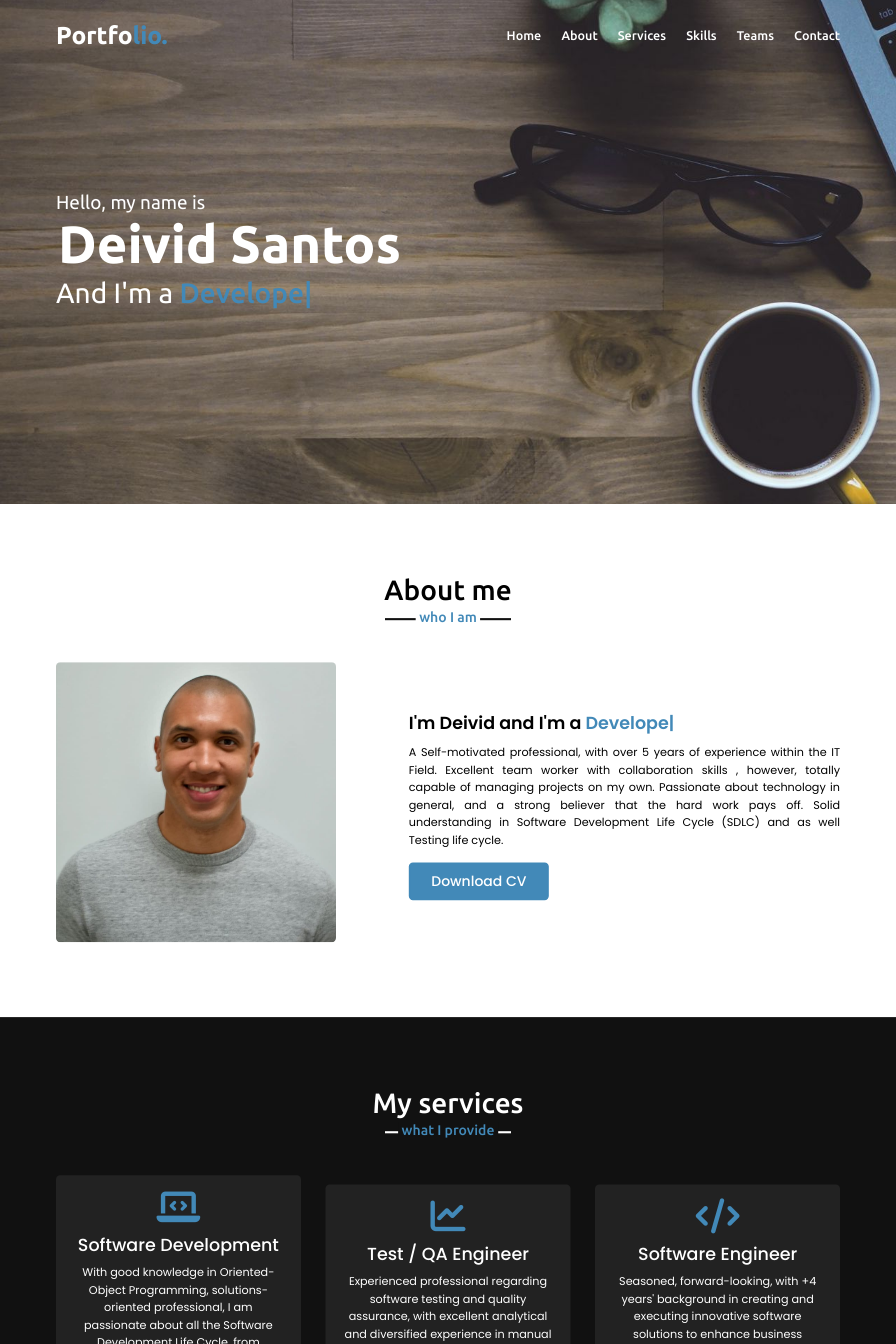
Repository: deividwsantoss/portfolio
Page: index.html
An editor plug-in stored every save of this project. The page is shown before and after the next save, followed by the edit.
The browser window is 1280 px wide. The pictures show the part of the page from y = 0 to 1920 px (the page is 4170 px tall), at 70% of full size.
Some web libraries are served in a nearby version.

Above is the page before, as saved 2021-03-04 22:59:43.

After the next save:
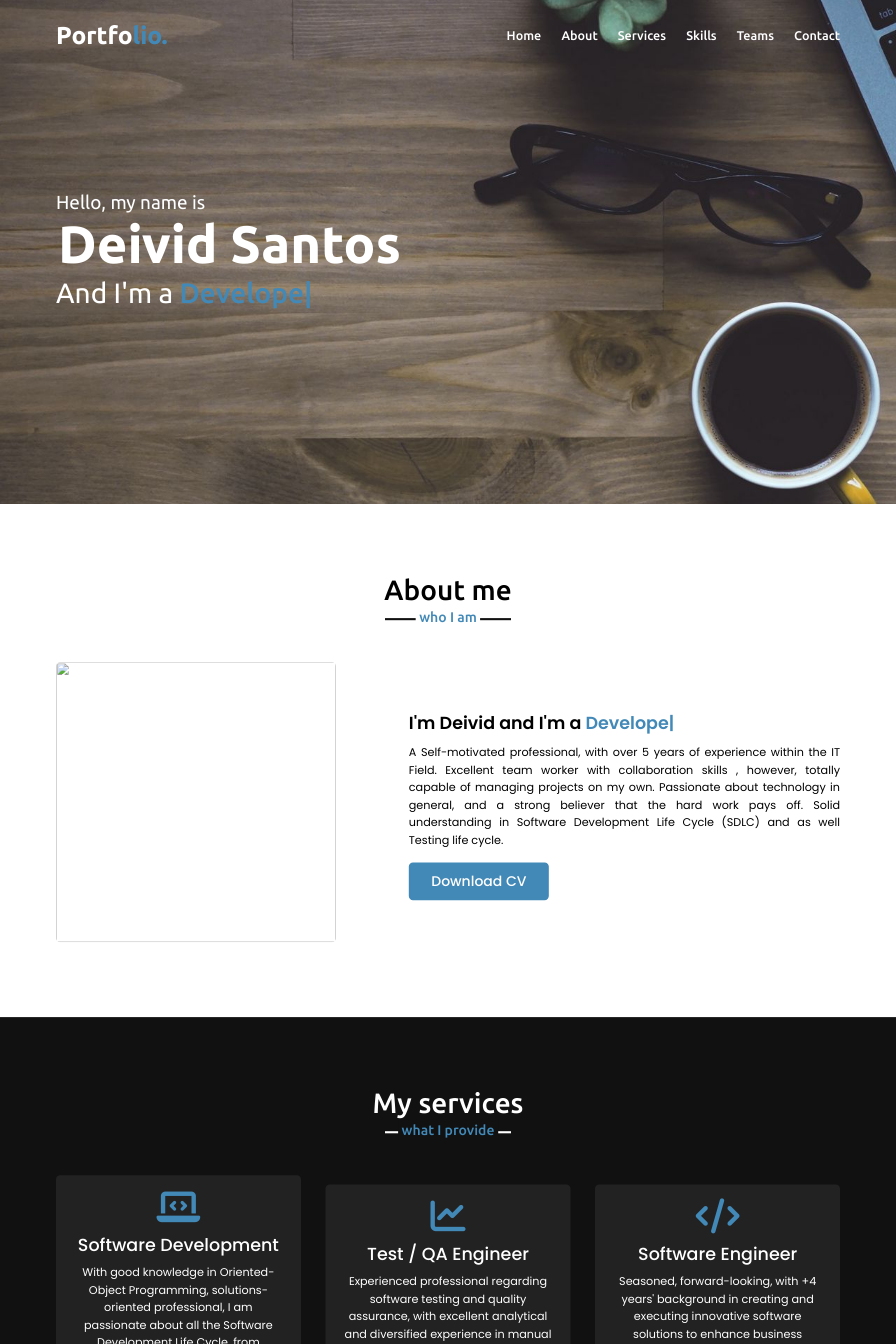
Saved 85 s later.
--- a/index.html
+++ b/index.html
@@ -46,7 +46,7 @@
         <h2 class="title">About me</h2>
         <div class="about-content">
             <div class="column left">
-                <img src="profile-2.jpeg" alt="">
+                <img src="" alt="">
             </div>
             <div class="column right">
                 <div class="text">I'm Deivid and I'm a <span class="typing-2"></span></div>

After the save that followed:
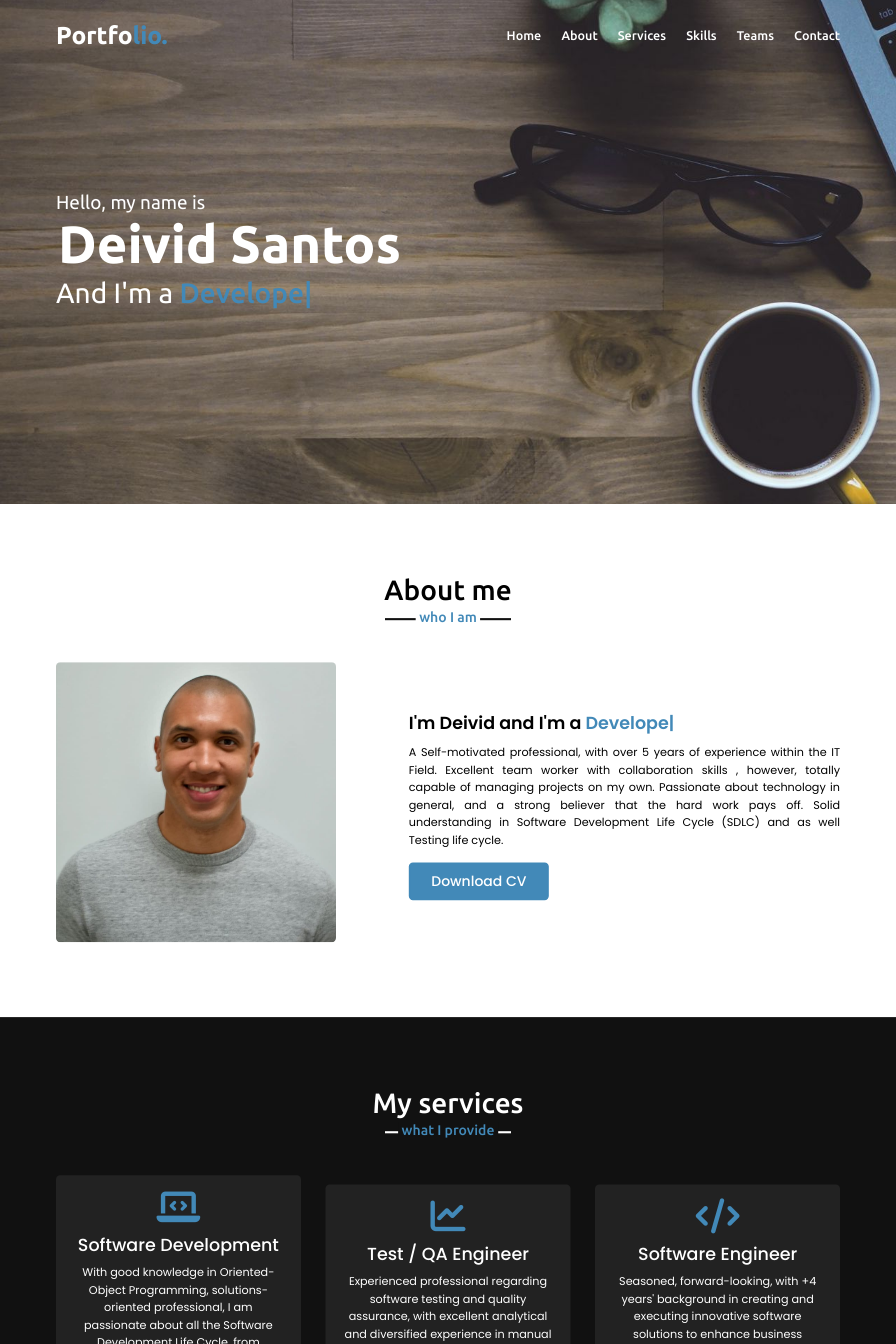
Saved 55 s later.
--- a/index.html
+++ b/index.html
@@ -46,7 +46,7 @@
         <h2 class="title">About me</h2>
         <div class="about-content">
             <div class="column left">
-                <img src="" alt="">
+                <img src="images/profile-2.jpeg" alt="">
             </div>
             <div class="column right">
                 <div class="text">I'm Deivid and I'm a <span class="typing-2"></span></div>
